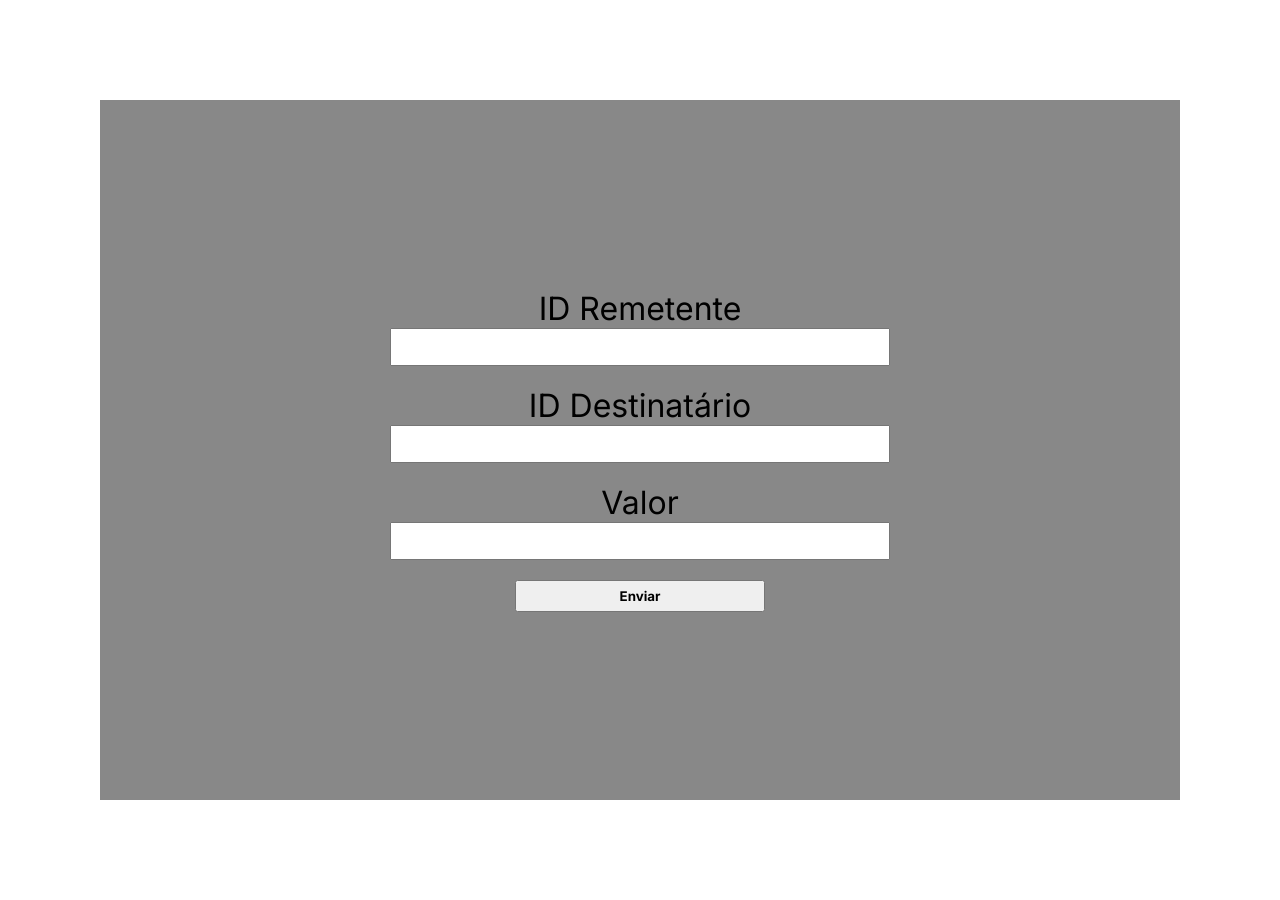
Repository: mateusilva8/tarefa-pix
Page: frontend/pix.html
The author's editor kept a copy of each file at every save. The page is drawn from the files as they stood at one save, then again after the next save.
The browser window is 1280 px wide. The pictures show the whole page.

Above is the page before, as saved 2023-10-22 14:12:25.

### frontend/pix.html
<!DOCTYPE html>
<html lang="pt-BR">
<head>
  <meta charset="UTF-8">
  <meta name="viewport" content="width=device-width, initial-scale=1.0">
  <title>PIX</title>
  <link rel="preconnect" href="https://fonts.googleapis.com">
  <link rel="preconnect" href="https://fonts.gstatic.com" crossorigin>
  <link href="https://fonts.googleapis.com/css2?family=Inter:wght@400;700&display=swap" rel="stylesheet">
  <link rel="stylesheet" href="./css/pix.css">
</head>
<body>
    <div class="container">
        <div class="formulario">
            <form id="form">
                <div class="mb-3">
                  <label for="idRemetente" class="form-label">ID Remetente</label>
                  <input type="number" class="form-control" id="idRemetente">
                </div>
                <div class="mb-3">
                  <label for="idDestinatario" class="form-label">ID Destinatário</label>
                  <input type="number" class="form-control" id="idDestinatario">
                </div>
                <div class="mb-3">
                  <label for="valor" class="form-label">Valor</label>
                  <input type="number" class="form-control" id="valor">
                </div>
                <button type="button" class="btn" id="botaoEnviar">Enviar</button>
              </form>
        </div>
    </div>



  <script src="https://code.jquery.com/jquery-3.3.1.slim.min.js" integrity="sha384-q8i/X+965DzO0rT7abK41JStQIAqVgRVzpbzo5smXKp4YfRvH+8abtTE1Pi6jizo" crossorigin="anonymous"></script>
  <script src="https://cdnjs.cloudflare.com/ajax/libs/popper.js/1.14.3/umd/popper.min.js" integrity="sha384-ZMP7rVo3mIykV+2+9J3UJ46jBk0WLaUAdn689aCwoqbBJiSnjAK/l8WvCWPIPm49" crossorigin="anonymous"></script>
  <script src="./js/pix.js"></script>
</body>
</html>

### frontend/css/pix.css
body {
    margin: 0;
    padding: 0;
    font-family: 'Inter', sans-serif;
}

.container {
    display: flex;
    background-color: rgb(136, 136, 136);
    height: 700px;
    margin: 100px;
    justify-content: center;
    align-items: center;
}

.formulario {
    width: 100%;
    display: flex;
    flex-direction: column;
    align-items: center;
}

.formulario form {
    width: 500px;
    display: flex;
    flex-direction: column;
    align-items: center;
}

.mb-3 {
    display: flex;
    flex-direction: column;
    width: 100%;
    margin-bottom: 20px;
    font-size: 2rem;
    text-align: center;
}

input {
    height: 2rem;

}

.btn {
    width: 250px;
    height: 2rem;
    font-family: 'Inter';
    font-weight: 700;
}

### frontend/js/pix.js
let idRemetente = document.getElementById('idRemetente');
let idDestinatario = document.getElementById('idDestinatario');
let valor = document.getElementById('valor')


async function realizarPix () {
    let payload = {
        senderId: idRemetente.value,
        recipientId: idDestinatario.value,
        value: valor.value,
      };

      let resposta = await fetch(`http://localhost:3000/pix-api/pix`, {
        method: 'POST',
        headers: {
            "Content-type" : 'application/json',
            "Acccept": 'appplication/json'
        },
        body: JSON.stringify(payload)
      });

      let mensagem = await resposta.json()

      if (mensagem.mensagem) {
          console.log(mensagem);
          alert(mensagem.mensagem);
      }else {
        console.log(mensagem);
        if (mensagem.error == 'The attribute "value" is required.')
        alert('Digite um valor válido');
        if (mensagem.error == 'The attribute "senderId" is required.')
        alert('Informe o ID do remetente');
        if (mensagem.error == 'The attribute "recipientId" is required.')
        alert('Informe o ID do destinatário');
      }

}

let botaoPix = document.getElementById('botaoEnviar');
  botaoPix.addEventListener('click', () => {
    realizarPix();
  })

After the next save:
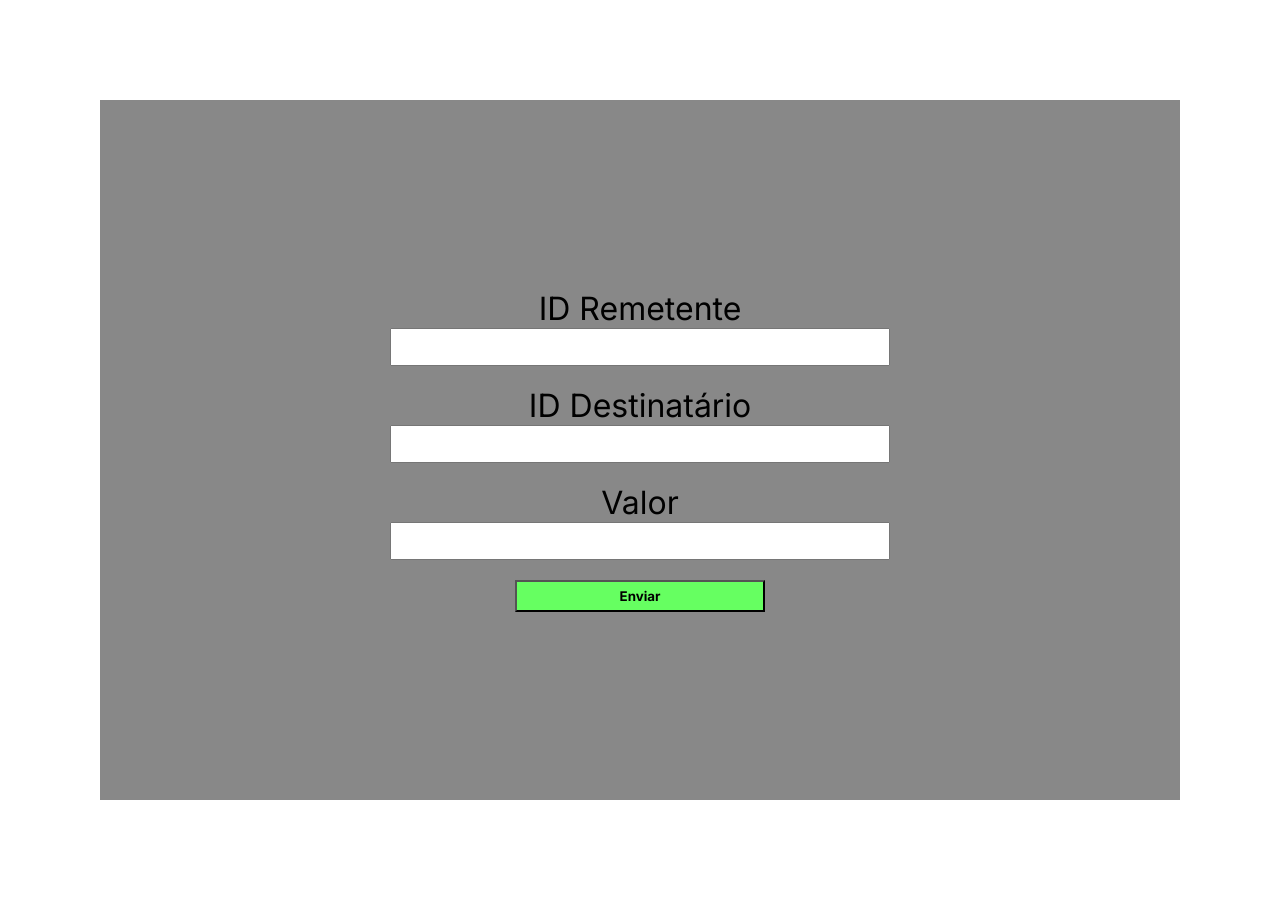
Saved 33 s later.
--- a/frontend/css/pix.css
+++ b/frontend/css/pix.css
@@ -46,4 +46,5 @@ input {
     height: 2rem;
     font-family: 'Inter';
     font-weight: 700;
+    background-color: rgb(102, 255, 97);
 }
